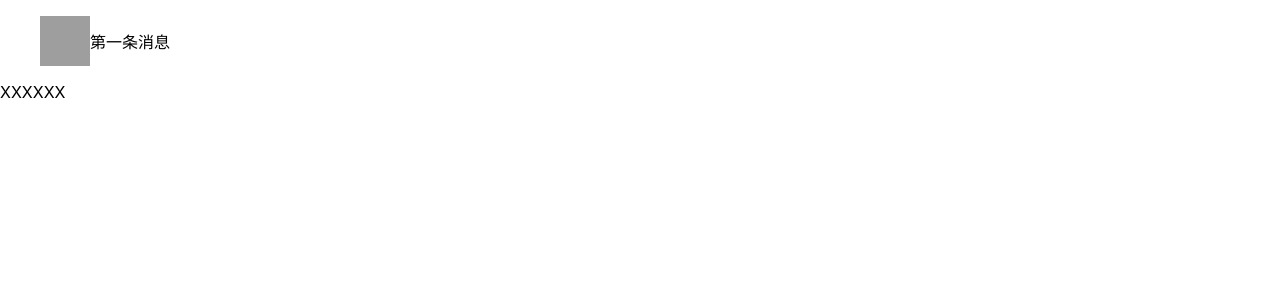
Repository: liaobushi520/react_fake_wechat
Page: /
An editor plug-in stored every save of this project. The page is shown before and after the next save, followed by the edit.
The browser window is 1280 px wide. The pictures show the whole page.
Pictures or frames that could not be fetched are drawn as grey boxes. The project was rebuilt for these pictures with package versions that can differ from the ones it lists, and the page was loaded fresh each time.

Above is the page before, as saved 2019-10-22 15:54:39.

After the next save:
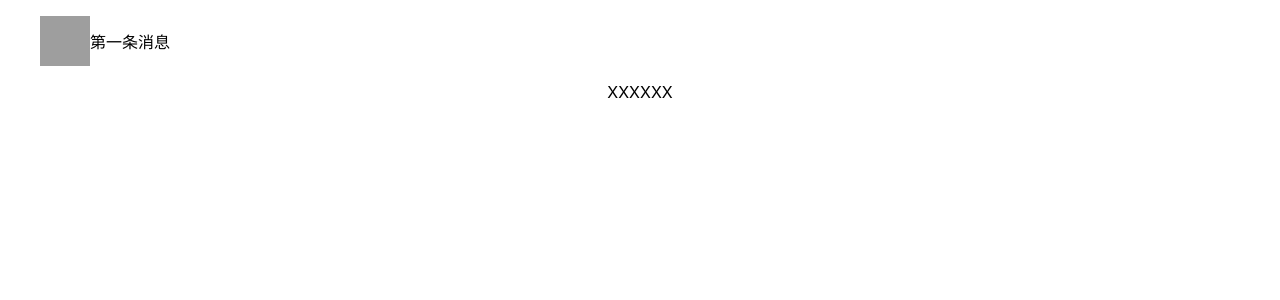
Saved 5 min 25 s later.
--- a/src/App.tsx
+++ b/src/App.tsx
@@ -41,16 +41,13 @@
 const App: React.FC = () => {
 
   return (
-    <div>
+    <div className="App">
       <ul>
      <TextMessage text="第一条消息" friend={{ name: "lzj", avatar: "http://pic4.zhimg.com/50/v2-1adce42102e226eea2e96d19c116598c_hd.jpg" }} />
    </ul>
    <ControlPanel>
-
-   </ControlPanel>
-
-
-    </div>
+  </ControlPanel>
+   </div>
   );
 }
 
